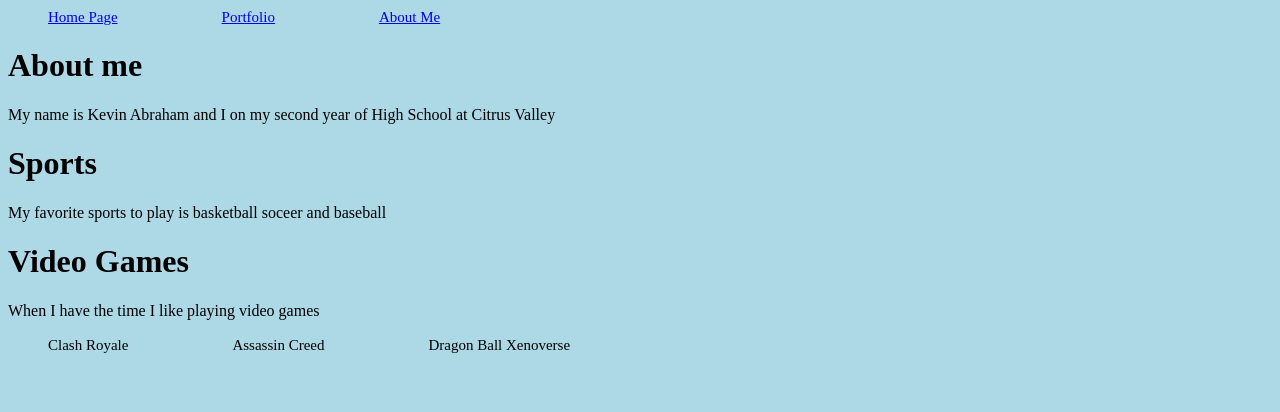
Repository: KevinAbr/KevinAbr.github.io
Page: about.html
The author's editor kept a record of every edit. The page is drawn from the files as they stood at one moment, then again after the next edit.
The browser window is 1280 px wide. The pictures show the whole page.

Above is the page before.

### about.html
<html>
    <head>
       <title>About Me</title>
        <style>
        body {background-color: black;}
        li {display: inline; padding-right: 100px;}
        li {color:black; font-size: 15px;}
            body {
                color:black;
        }

            body {
            background:lightblue;

        }
        </style>
    </head>

    <body>
        <ul>
          <li><a href="index.html">Home Page</a></li>
          <li><a href="portfolio.html">Portfolio</a></li>
          <li><a href="about.html">About Me</a></li>
        </ul>
    <h1>About me</h1>
    <p>My name is Kevin Abraham and I on my second year of High School at Citrus Valley</p>
    <h1> Sports </h1>
       <p> My favorite sports to play is basketball soceer and baseball</p>

    <h1> Video Games </h1>
        <a></a>


        <p>When I have the time I like playing video games</p>

        <ul>
            <li>Clash Royale</li>
            <li>Assassin Creed</li>
            <li>Dragon Ball Xenoverse</li>
        </ul>
        </body>

</html>

After the next edit:
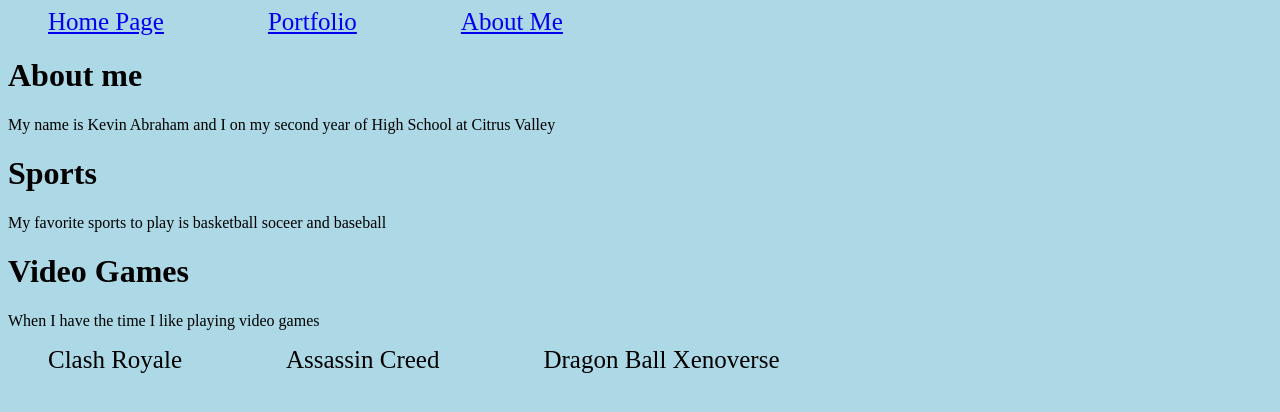
The edit:
--- a/about.html
+++ b/about.html
@@ -4,7 +4,7 @@
         <style>
         body {background-color: black;}
         li {display: inline; padding-right: 100px;}
-        li {color:black; font-size: 15px;}
+        li {color:black; font-size: 25px;}
             body {
                 color:black;
         }
